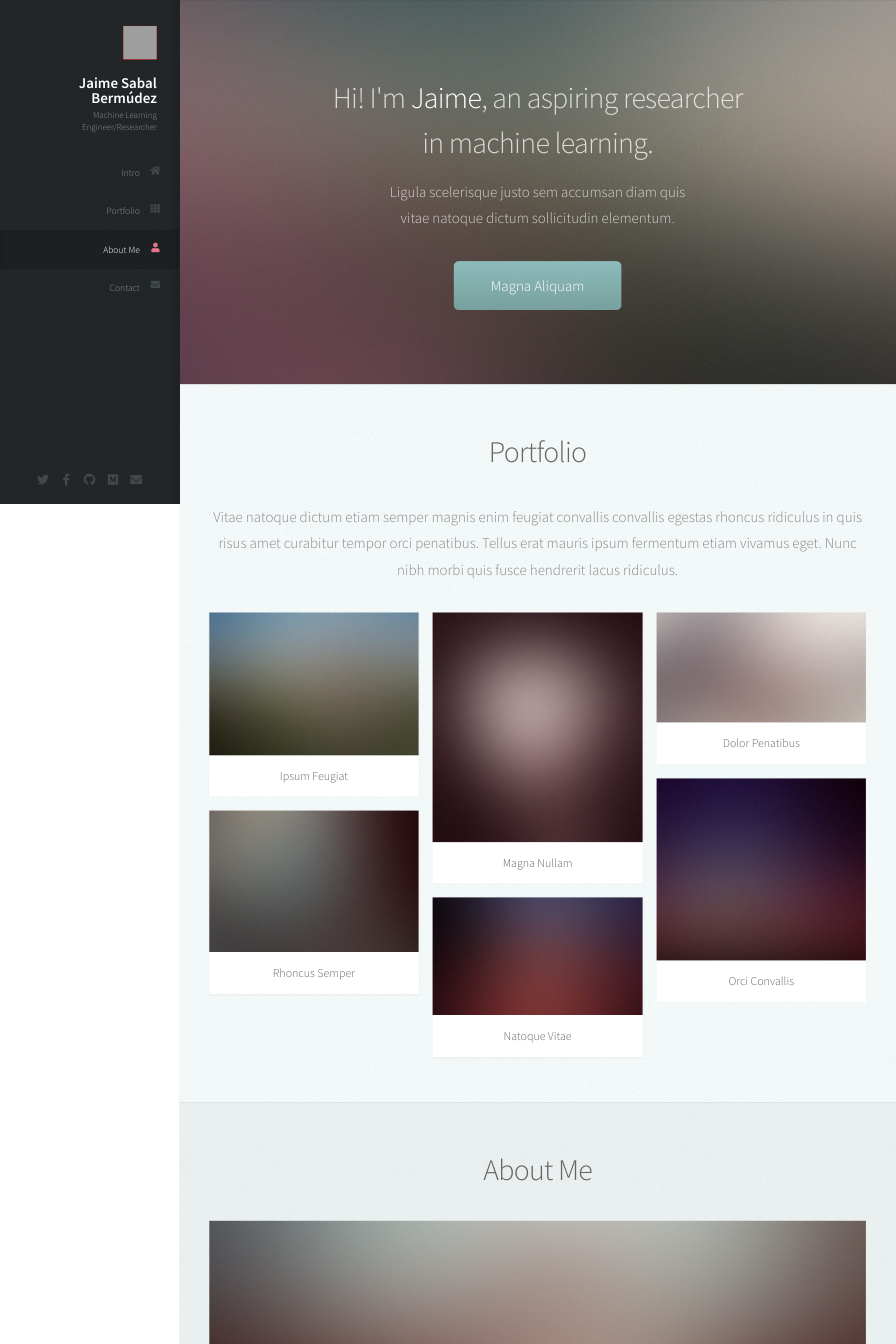
Repository: jaimesabalimperial/jaimesabalimperial.github.io
Page: index.html
The author's editor kept a copy of each file at every save. The page is drawn from the files as they stood at one save, then again after a run of saves.
The browser window is 1280 px wide. The pictures show the part of the page from y = 0 to 1920 px (the page is 3341 px tall), at 70% of full size.
Pictures or frames that could not be fetched are drawn as grey boxes.

Above is the page before, as saved 2022-10-04 11:32:36.

After the next 2 saves:
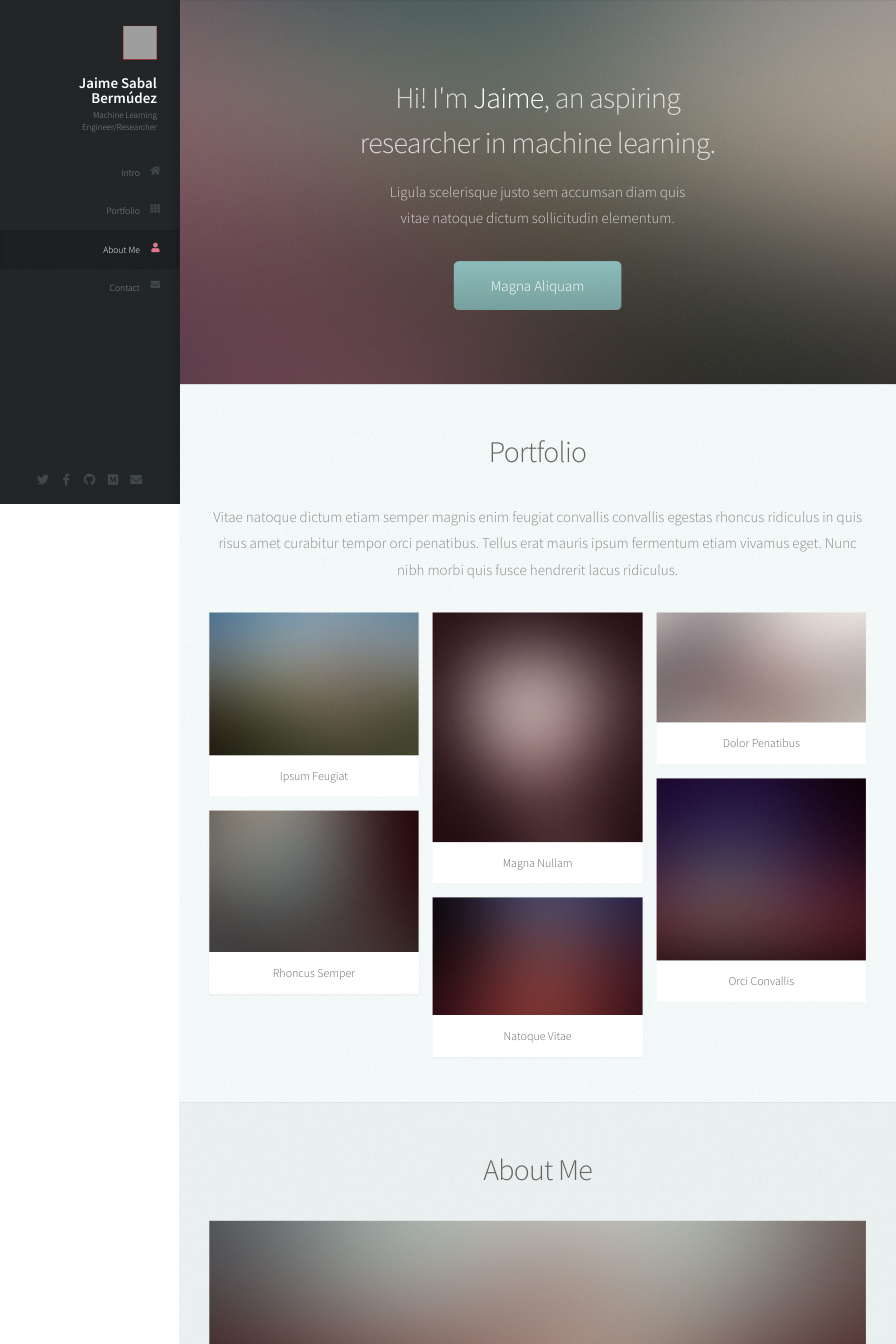
The 2 saves are shown as one change because they came seconds apart.
The last was saved 21 s later.
--- a/index.html
+++ b/index.html
@@ -60,8 +60,8 @@
 						<div class="container">
 
 							<header>
-								<h2 class="alt">Hi! I'm <strong>Jaime</strong>, an aspiring researcher <br />
-								in machine learning</a>.</h2>
+								<h2 class="alt">Hi! I'm <strong>Jaime</strong>, an aspiring <br />
+								researcher in machine learning</a>.</h2>
 								<p>Ligula scelerisque justo sem accumsan diam quis<br />
 								vitae natoque dictum sollicitudin elementum.</p>
 							</header>
